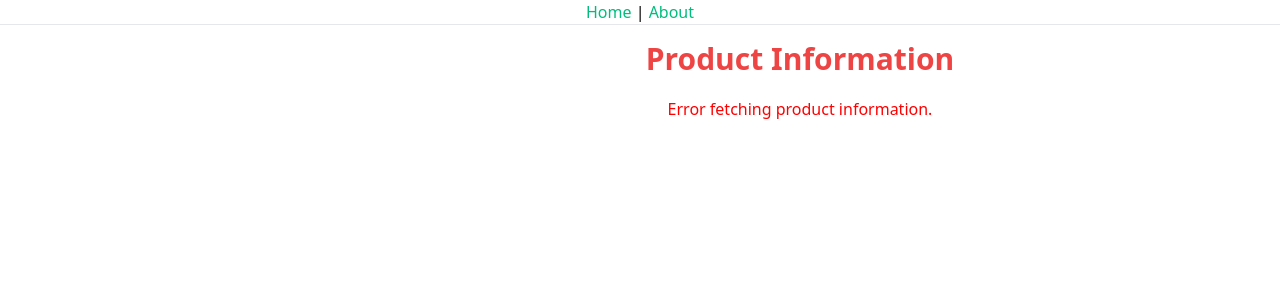
Repository: loktioncode/vectra-shop
Page: /
These files come from the project's save history. The page is drawn as it stood at one moment and after the next save; the edit follows.
The browser window is 1280 px wide. The pictures show the whole page.
The page's requests for data from a server got no answer. The project was rebuilt for these pictures with package versions that can differ from the ones it lists, and the page was loaded fresh each time. No one was signed in, and anything a server would have sent is missing. Also part of the build but not shown: vite.config.ts, src/components/ProductCard.vue.

Above is the page before, as saved 2023-09-20 15:29:45.

### src/assets/main.css
@tailwind base;
@tailwind components;
@tailwind utilities;

@import './base.css';

a,
.green {
  text-decoration: none;
  color: hsla(160, 100%, 37%, 1);
  transition: 0.4s;
}

@media (hover: hover) {
  a:hover {
    background-color: hsla(160, 100%, 37%, 0.2);
  }
}

### src/App.vue
<!-- <script setup lang="ts">
import { RouterLink, RouterView } from 'vue-router'
import HelloWorld from './components/HelloWorld.vue'
</script> -->

<template>
  <div class="app">
    <header>
      <nav>
        <RouterLink to="/">Home</RouterLink> |
        <RouterLink to="/about">About</RouterLink>
      </nav>

    </header>
    <RouterView />

  </div>
</template>

<style >
.app {
  text-align: center;
}
</style>

### src/views/HomeView.vue


<template>
  <!-- <div class="home">
    <Counter />
    <div class="buttons">
      <button @click="storeCounter.decreaseCount">-</button>
      <button @click="storeCounter.increaseCount">+</button>
    </div>
    <hr>
    <div>
      this counter is : {{ storeCounter.oddOrEven }}
    </div>
    <hr>
    <div>
      <h3>Edit Counter:</h3>
      <input v-model="storeCounter.count" type="number" name="count" id="count">
    </div>
  </div> -->
  <hr>
  <div>
    <Products />
  </div>

</template>



<script setup lang="ts">
import Counter from '@/components/Counter.vue'
import Products from '@/components/Products.vue'

import { useCounterStore } from '@/stores/counter'

const storeCounter = useCounterStore();


</script>

<style>
@media (min-width: 1024px) {
  .home {
    min-height: 100vh;
    align-items: center;
  }



  .buttons button {
    font-size: 40px;
    margin: 20px;
    width: 50px;
    height: 50px;
  }
}
</style>

### src/components/Products.vue
<template>
  <div class="flex">
    <!-- Left Sidebar for Filters -->
    <div class="w-1/4 p-4">
      <!-- Your filter components can go here -->
    </div>

    <!-- Right Side for Product Information -->
    <div class="w-3/4 p-4">
      <h1 class="text-3xl text-red-500 font-bold mb-5">Product Information</h1>
      <div v-if="productStore.loading">Loading...</div>
      <div v-else>
        <div v-if="productStore.error" class="error-message">{{ productStore.error }}</div>
        <div class="px-10">
          <div class="grid grid-cols-4 gap-4">
            <ProductCard v-for="product in productStore.products" :key="product.id" :product="product" />
          </div>
        </div>
      </div>
    </div>
  </div>
</template>

<script setup lang="ts">
import { onMounted } from 'vue';
import { useProductStore } from '@/stores/productStore';
import ProductCard from '@/components/ProductCard.vue';

const productStore = useProductStore();

async function fetchProductInfo() {
  const apiUrl = 'https://fakestoreapi.com/products'; // Replace with your actual API endpoint
  await productStore.fetchProductInfo(apiUrl);
}

onMounted(() => fetchProductInfo());
</script>

<style scoped>
.error-message {
  color: red;
}
</style>

### src/stores/counter.ts
import { computed } from 'vue'
import { defineStore } from 'pinia'

export const useCounterStore = defineStore({
  id: 'counter',
  state: () => ({
    count: 0,
    name: '张三',
    username: 'zhangsan'
  }),
  actions: {
    increaseCount() {
      this.count++;
    },
    decreaseCount() {
      this.count--;
    }
  },
  getters: {
    oddOrEven: (state) => {
      if (state.count % 2 === 0) {
        return 'even'
      } else {
        return 'odd'
      }
    }

  }
})

### src/stores/productStore.ts
import { defineStore } from 'pinia';

interface Product {
    id: string;
    title: string;
    description: string;
    price: number;
}

export const useProductStore = defineStore({
    id: 'products',
    state: () => ({
        products: [] as Product[],
        loading: false,
        error: null as string | null,
    }),
    actions: {
        async fetchProductInfo(apiUrl: string) {
            try {
                this.loading = true;
                const response = await fetch(apiUrl);

                if (!response.ok) {
                    throw new Error('Network response was not ok');
                }

                this.products = await response.json();
                this.error = null;
            } catch (error) {
                this.error = 'Error fetching product information.';
                console.error(error);
            } finally {
                this.loading = false;
            }
        },
    },
    getters: {


    }
})

### tailwind.config.js
/** @type {import('tailwindcss').Config} */
module.exports = {
  content: [
    "./index.html",
    "./src/**/*.{vue,js,jsx,ts,tsx}",
  ],
  theme: {
    extend: {},
  },
  plugins: [],
}

Loaded but not shown: index.html (common file); src/main.ts (common file); src/router/index.ts (common file)

After the next save:
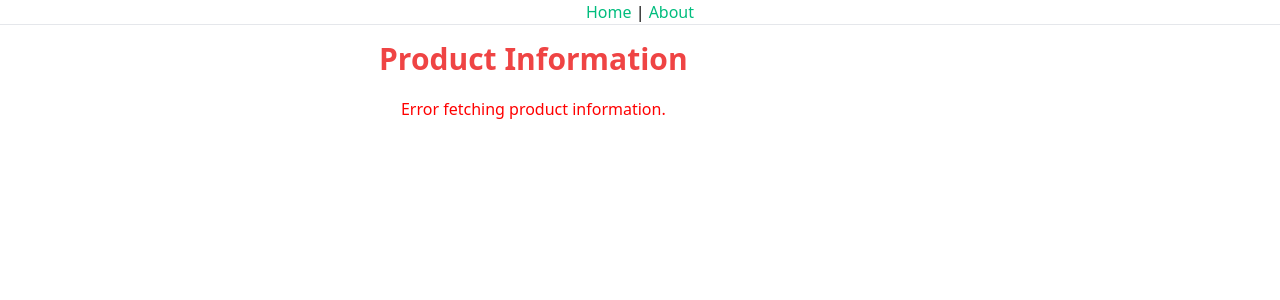
Saved 7 s later.
--- a/src/components/Products.vue
+++ b/src/components/Products.vue
@@ -1,12 +1,12 @@
 <template>
   <div class="flex">
     <!-- Left Sidebar for Filters -->
-    <div class="w-1/4 p-4">
+    <div class="w-1/6 p-4">
       <!-- Your filter components can go here -->
     </div>
 
     <!-- Right Side for Product Information -->
-    <div class="w-3/4 p-4">
+    <div class="w-3/6 p-4">
       <h1 class="text-3xl text-red-500 font-bold mb-5">Product Information</h1>
       <div v-if="productStore.loading">Loading...</div>
       <div v-else>
